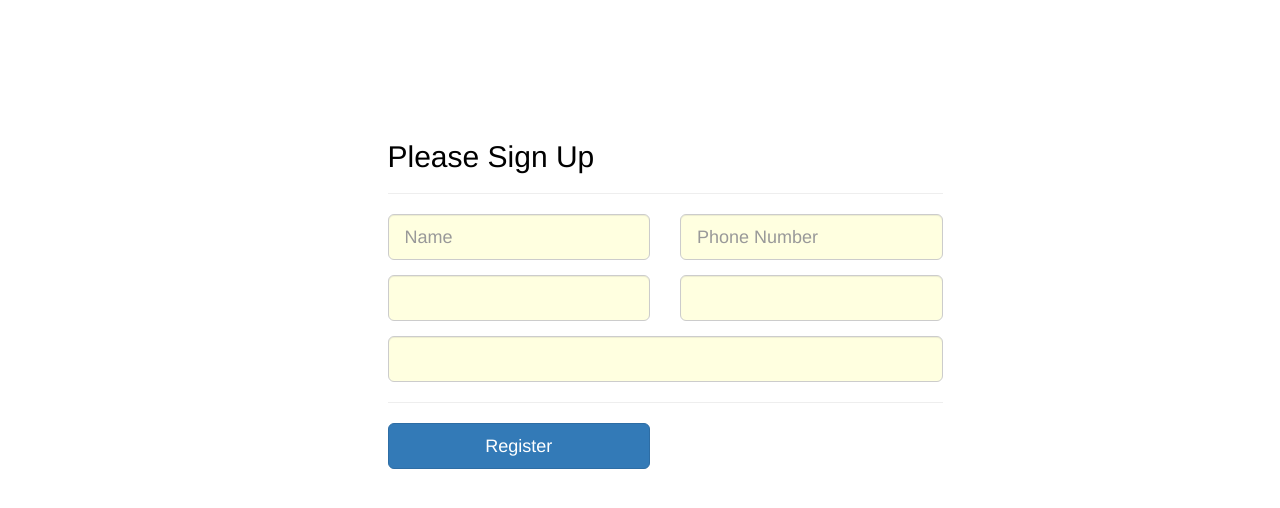
Repository: 123poornima/UpdatedSecondProject
Page: frontendPro/WebContent/_user/register.html
These files come from the project's save history. The page is drawn as it stood at one moment and after the next save; the edit follows.
The browser window is 1280 px wide. The pictures show the whole page.

Above is the page before, as saved 2017-01-10 05:57:24.

After the next save:
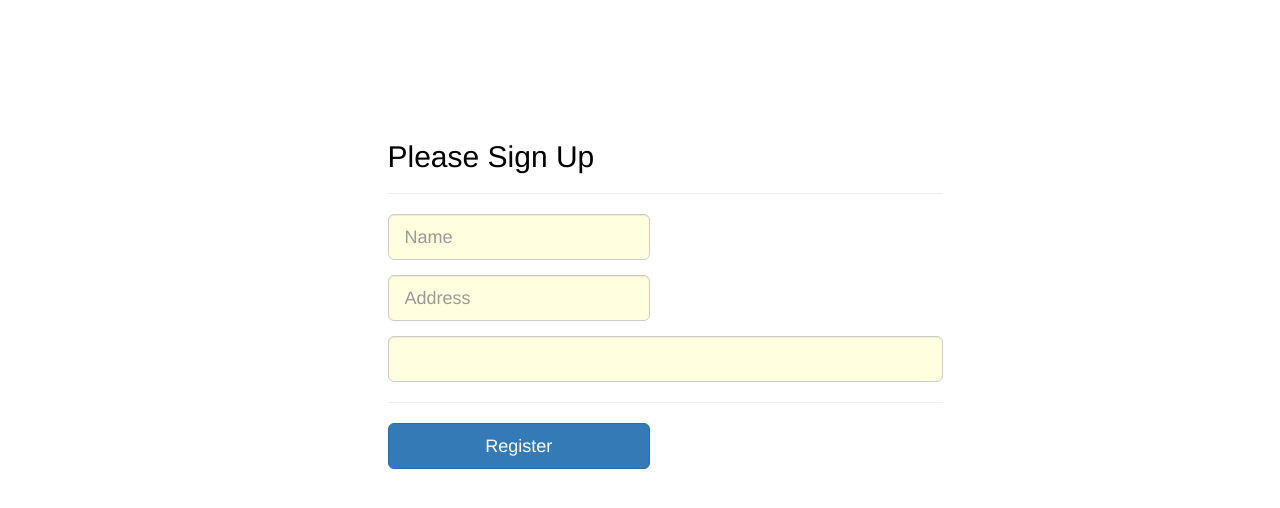
Saved 55 s later.
--- a/frontendPro/WebContent/_user/register.html
+++ b/frontendPro/WebContent/_user/register.html
@@ -34,11 +34,6 @@
                         <input style="background-color:#FFFFE0" required="true" ng-model="user.username" path="name" type="text" name="name" class="form-control input-lg" placeholder="Name" tabindex="1" />
 					</div>
 				</div>
-				<div class="col-xs-12 col-sm-6 col-md-6">
-					<div class="form-group">
-						<input style="background-color:#FFFFE0" required="true" path="phoneNo" type="text" name="phoneno" id="phone_no" class="form-control input-lg" placeholder="Phone Number" tabindex="2" />
-					</div>
-				</div>
 
 			</div>
 
@@ -46,14 +41,10 @@
 			<div class="row">
 				<div class="col-xs-12 col-sm-6 col-md-6">
 					<div class="form-group">
-						<form:input style="background-color:#FFFFE0" path="address" required="true" type="text" name="address" id="address" class="form-control input-lg" placeholder="Address" tabindex="3" />
+						<input style="background-color:#FFFFE0" path="address" required="true" type="text" name="address" id="address" class="form-control input-lg" placeholder="Address" tabindex="3" />
 					</div>
 				</div>
-				<div class="col-xs-12 col-sm-6 col-md-6">
-					<div class="form-group">
-						<form:input style="background-color:#FFFFE0" path="password" required="true"  type="password" name="password" id="password" class="form-control input-lg" placeholder="Password" tabindex="4" />
-					</div>
-				</div>
+
 
 			</div>
 			<div class="form-group">
